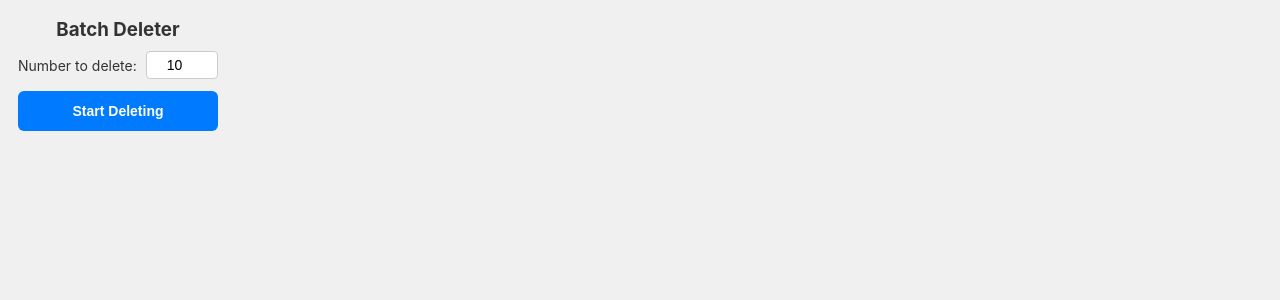
Repository: miloyiyangsun/Batch-Deleter-for-ChatGPT-History
Page: popup.html
The author's editor kept a copy of each file at every save. The page is drawn from the files as they stood at one save, then again after the next save.
The browser window is 1280 px wide. The pictures show the whole page.

Above is the page before, as saved 2025-07-03 21:06:04.

### popup.html
<!DOCTYPE html>
<html lang="en">
<head>
    <meta charset="UTF-8">
    <title>ChatGPT Sequential Batch Deleter</title>
    <link rel="stylesheet" href="popup.css">
</head>
<body>
    <h3>Batch Deleter</h3>
    <div class="input-group">
        <label for="deleteCount">Number to delete:</label>
        <input type="number" id="deleteCount" value="10" min="1">
    </div>
    <button id="searchButton">
        Start Deleting
    </button>
    <script src="popup.js"></script>
</body>
</html>

### popup.css
body {
    width: 200px;
    padding: 10px;
    font-family: -apple-system, BlinkMacSystemFont, "Segoe UI", Roboto, Helvetica, Arial, sans-serif;
    text-align: center;
    background-color: #f0f0f0;
}

h3 {
    margin-top: 0;
    margin-bottom: 10px;
    color: #333;
}

button {
    width: 100%;
    padding: 12px;
    border: none;
    border-radius: 6px;
    background-color: #007bff;
    color: white;
    font-size: 14px;
    font-weight: bold;
    cursor: pointer;
    transition: background-color 0.2s;
}

button:hover {
    background-color: #0056b3;
}

.input-group {
    display: flex;
    justify-content: space-between;
    align-items: center;
    margin-bottom: 12px;
}

.input-group label {
    font-size: 14px;
    color: #333;
}

.input-group input {
    width: 60px;
    padding: 5px;
    border-radius: 4px;
    border: 1px solid #ccc;
    text-align: center;
    font-size: 14px;
}

### popup.js
// 这个脚本在弹出窗口的上下文中运行。

document.getElementById('searchButton').addEventListener('click', async () => {
    // 获取用户输入的删除数量
    const deleteCount = document.getElementById('deleteCount').value;

    // 将数量存入 chrome.storage 中，以便 content.js 可以访问它。
    // 我们使用 parseInt 确保存入的是一个整数。
    await chrome.storage.local.set({ deleteCount: parseInt(deleteCount, 10) });

    // 获取用户当前正在查看的活动标签页。
    const [tab] = await chrome.tabs.query({ active: true, currentWindow: true });

    // 以编程方式将 content.js 脚本注入到活动标签页中。
    // 这需要 manifest.json 文件中的 "scripting" 权限。
    // manifest.json 中的 "host_permissions" 确保这只在 chatgpt.com 上有效。
    // 如果在其他网站上尝试，控制台会显示错误，这是正常现象。
    chrome.scripting.executeScript({
        target: { tabId: tab.id },
        files: ['content.js']
    });

    // 可选项：点击按钮后关闭弹出窗口。
    window.close();
});

After the next save:
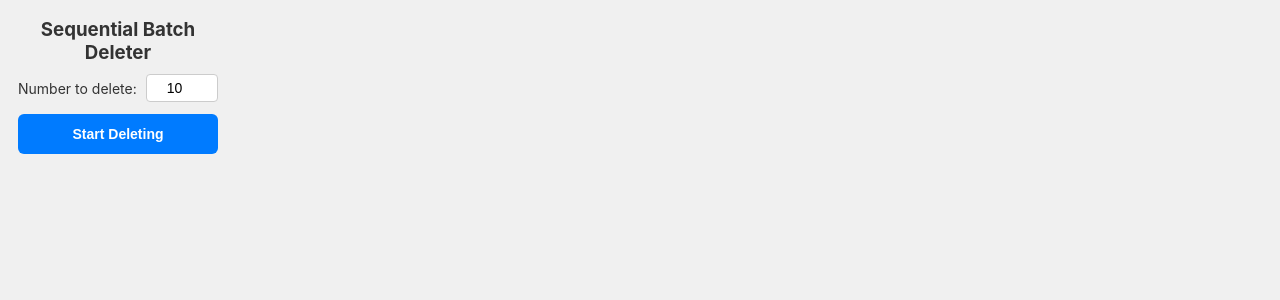
Saved 24 s later.
--- a/popup.html
+++ b/popup.html
@@ -6,7 +6,7 @@
     <link rel="stylesheet" href="popup.css">
 </head>
 <body>
-    <h3>Batch Deleter</h3>
+    <h3>Sequential Batch Deleter</h3>
     <div class="input-group">
         <label for="deleteCount">Number to delete:</label>
         <input type="number" id="deleteCount" value="10" min="1">
